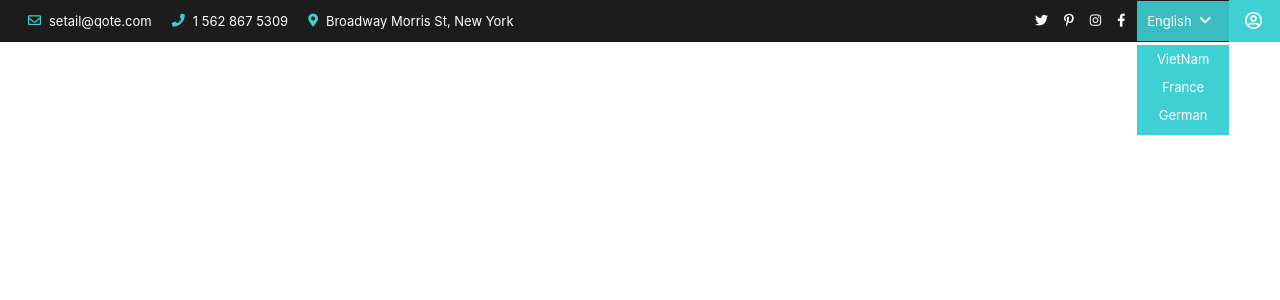
Repository: Hunga9k50doker/Setail
Page: /
The author's editor kept a copy of each file at every save. The page is drawn from the files as they stood at one save, then again after the next save.
The browser window is 1280 px wide. The pictures show the whole page.
The project was rebuilt for these pictures with package versions that can differ from the ones it lists, and the page was loaded fresh each time.

Above is the page before, as saved 2021-10-17 23:46:49.

### public/index.html
<!DOCTYPE html>
<html lang="en">

<head>
  <meta charset="utf-8" />
  <link rel="icon" href="%PUBLIC_URL%/favicon.ico" />
  <meta name="viewport" content="width=device-width, initial-scale=1" />
  <meta name="theme-color" content="#000000" />
  <meta name="description" content="Web site created using create-react-app" />
  <link rel="stylesheet" href="./font/fontawesome-free-5.15.3-web/css/all.min.css">
  <link rel="apple-touch-icon" href="%PUBLIC_URL%/logo192.png" />
  <!--
      manifest.json provides metadata used when your web app is installed on a
      user's mobile device or desktop. See https://developers.google.com/web/fundamentals/web-app-manifest/
    -->
  <link rel="manifest" href="%PUBLIC_URL%/manifest.json" />
  <!--
      Notice the use of %PUBLIC_URL% in the tags above.
      It will be replaced with the URL of the `public` folder during the build.
      Only files inside the `public` folder can be referenced from the HTML.

      Unlike "/favicon.ico" or "favicon.ico", "%PUBLIC_URL%/favicon.ico" will
      work correctly both with client-side routing and a non-root public URL.
      Learn how to configure a non-root public URL by running `npm run build`.
    -->
  <title>React App</title>
</head>

<body>
  <noscript>You need to enable JavaScript to run this app.</noscript>
  <div id="root"> </div>
  <script type="text/babel">
  </script>
  <!--
      This HTML file is a template.
      If you open it directly in the browser, you will see an empty page.

      You can add webfonts, meta tags, or analytics to this file.
      The build step will place the bundled scripts into the <body> tag.

      To begin the development, run `npm start` or `yarn start`.
      To create a production bundle, use `npm run build` or `yarn build`.
    -->
</body>

</html>

### src/index.js
import React from "react";
import ReactDOM from "react-dom";
import App from "./views/App.js";
import reportWebVitals from "./reportWebVitals";
import "./styles/global.scss";
// import socialNetworks from '../src/components/socialNetworks'

ReactDOM.render(
  <React.StrictMode>
    <App />
  </React.StrictMode>,
  document.getElementById("root")
);

// If you want to start measuring performance in your app, pass a function
// to log results (for example: reportWebVitals(console.log))
// or send to an analytics endpoint. Learn more: https://bit.ly/CRA-vitals
reportWebVitals();

### src/views/App.js
import logo from './logo.svg';
import './App.scss';
import NavOnTop from '../components/NavOnTop/NavOnTop';

function App() {

  return (
    <div className="App">
      <NavOnTop />
    </div>
  );
}

export default App;

### src/styles/global.scss
*{
  margin: 0;
  padding: 0;
  box-sizing: border-box;
}

body {
  margin: 0;
  font-family: -apple-system, BlinkMacSystemFont, 'Segoe UI', 'Roboto', 'Oxygen',
    'Ubuntu', 'Cantarell', 'Fira Sans', 'Droid Sans', 'Helvetica Neue',
    sans-serif;
  -webkit-font-smoothing: antialiased;
  -moz-osx-font-smoothing: grayscale;
}

code {
  font-family: source-code-pro, Menlo, Monaco, Consolas, 'Courier New',
    monospace;
}

ul,li{
  display: inline-block;
  list-style: none;
  padding-left: 0;
}

a{
  text-decoration: none;
  display: inline-block;
}

### src/views/App.scss
.App {
  text-align: center;
  background: #999;
}

### src/components/NavOnTop/NavOnTop.js
// import { render } from "@testing-library/react";
import './NavOnTop.scss';

const NavOnTop = () => {
  return (
    <div class="nav__onTop">
      <ul class="nav__onTop-leftInner">
        <li class="nav__onTop-leftInner-item">
          <i class="far fa-envelope"></i>
          <p class="nav__onTop-leftInner-item-text">setail@qote.com</p>
        </li>
        <li class="nav__onTop-leftInner-item">
          <i class="fas fa-phone"></i>
          <p class="nav__onTop-leftInner-item-text">1 562 867 5309</p>
        </li>
        <li class="nav__onTop-leftInner-item">
          <i class="fas fa-map-marker-alt"></i>
          <p class="nav__onTop-leftInner-item-text">
            Broadway Morris St, New York
          </p>
        </li>
      </ul>
      <ul class="nav__onTop-rightInner">
        <li class="nav__onTop-rightInner-item nav__onTop-rightInner-item-socialNetwork">
          <i class=" fab fa-twitter"></i>
        </li>
        <li class="nav__onTop-rightInner-item nav__onTop-rightInner-item-socialNetwork">
          <i class=" fab fa-pinterest-p"></i>
        </li>
        <li class="nav__onTop-rightInner-item nav__onTop-rightInner-item-socialNetwork">
          <i class=" fab fa-instagram"></i>
        </li>
        <li class="nav__onTop-rightInner-item nav__onTop-rightInner-item-socialNetwork">
          <i class=" fab fa-facebook-f"></i>
        </li>
        <li class="nav__onTop-rightInner-item nav__onTop-rightInner-item-toggleLang">
            <p>English</p>
            <i class="fas fa-chevron-down"></i>
          <div class="nav__onTop-rightInner-item-langs">
            <a href="#" class="nav__onTop-rightInner-item-lang">
              VietNam
            </a>
            <a href="#" class="nav__onTop-rightInner-item-lang">
              France
            </a>
            <a href="#" class="nav__onTop-rightInner-item-lang">
              German
            </a>
          </div>
        </li>
        <li class="nav__onTop-rightInner-item nav__onTop-rightInner-account">
          <i class="far fa-user-circle"></i>
        </li>
      </ul>
    </div>
  );
};

export default NavOnTop;

### src/components/NavOnTop/NavOnTop.scss
.nav__onTop {
  display: flex;
  align-items: center;
  justify-content: space-between;
  padding: 0 0 0 18px;
  background: #1c1c1c;
  color: #fff;
  &-leftInner,
  &-rightInner {
    display: flex;
    align-items: center;
    &-item {
      display: flex;
      align-items: center;
      justify-content: center;
      font-size: 13px;
      padding: 0 10px;
      cursor: pointer;
      &:hover {
        color: #3fd0d4;
      }
      i {
        margin-right: 8px;
      }

      &-langs {
        // display: none;
        position: absolute;
       bottom: calc( -100% - 54px);
       left: 0;
       right: 0;
    }
    &-lang{
        padding:6px 10px;
        display:flex;
        align-items:center;
        justify-content: center;
        flex-direction: column;
        background: #3fd0d4;
        color:#fff;

        &:last-child{
            padding-bottom: 12px;
        }

        &:first-child{
            position: relative;
            &:after{
                content: " ";
                position: absolute;
                width: 100%;
                height: 8px;
                top: -4px;
            }
        }
    }
    }



    &-item-socialNetwork {
      padding-left: 4px;
      padding-right: 4px;
    }
    &-item-toggleLang {
    position: relative;
      background: #3abdc1;
      display: flex;
      align-items: center;
      height: 100%;
      margin: 0;
      padding: 12px 10px;
      justify-content: space-around;
      p {
        display: inline-block;
        margin-right: 8px;
      }
      &:hover .langs{
          animation: langs 0.3s linear;
      }
    }
    &-account {
      background: #3fd0d4;
      padding:12px 10px 12px 16px;
      display: flex;
      align-items: center;
      justify-content: center;
      i {
        display: inline-block;
        font-size: 1.1rem;
      }
    }
  }
   &-leftInner {
      i {
        color: #3fd0d4;
      }
    }
}


// ============Animation=====================

@keyframes langs{
    from {
        transform: scaleX(0);
        opacity:0;
    }
     to {
        transform: scaleX(1);
        opacity:1;
    }
}

Loaded but not shown: src/reportWebVitals.js (common file); public/font/fontawesome-free-5.15.3-web/css/all.min.css (library)

After the next save:
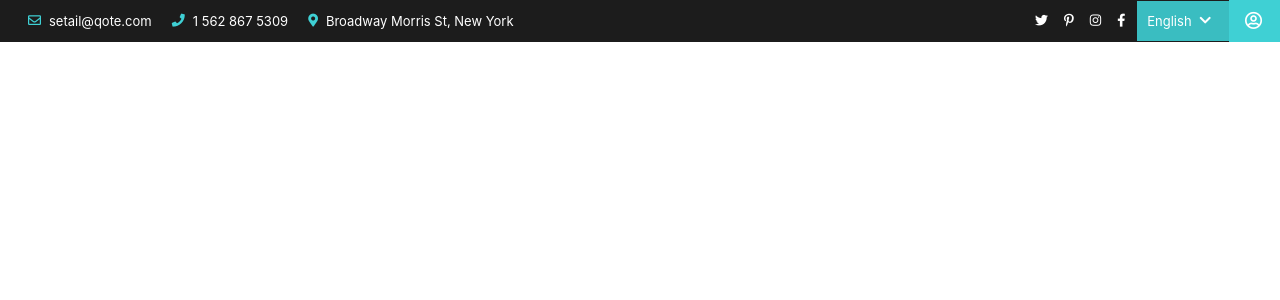
Saved 5 s later.
--- a/src/components/NavOnTop/NavOnTop.scss
+++ b/src/components/NavOnTop/NavOnTop.scss
@@ -29,6 +29,8 @@
        bottom: calc( -100% - 54px);
        left: 0;
        right: 0;
+       transform: scaleX(0);
+        opacity:0;
     }
     &-lang{
         padding:6px 10px;

After the save that followed:
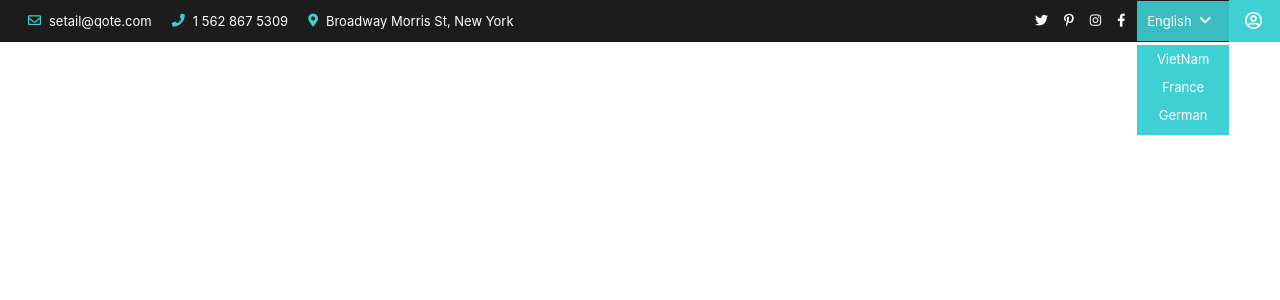
Saved 7 s later.
--- a/src/components/NavOnTop/NavOnTop.scss
+++ b/src/components/NavOnTop/NavOnTop.scss
@@ -29,8 +29,7 @@
        bottom: calc( -100% - 54px);
        left: 0;
        right: 0;
-       transform: scaleX(0);
-        opacity:0;
+
     }
     &-lang{
         padding:6px 10px;
